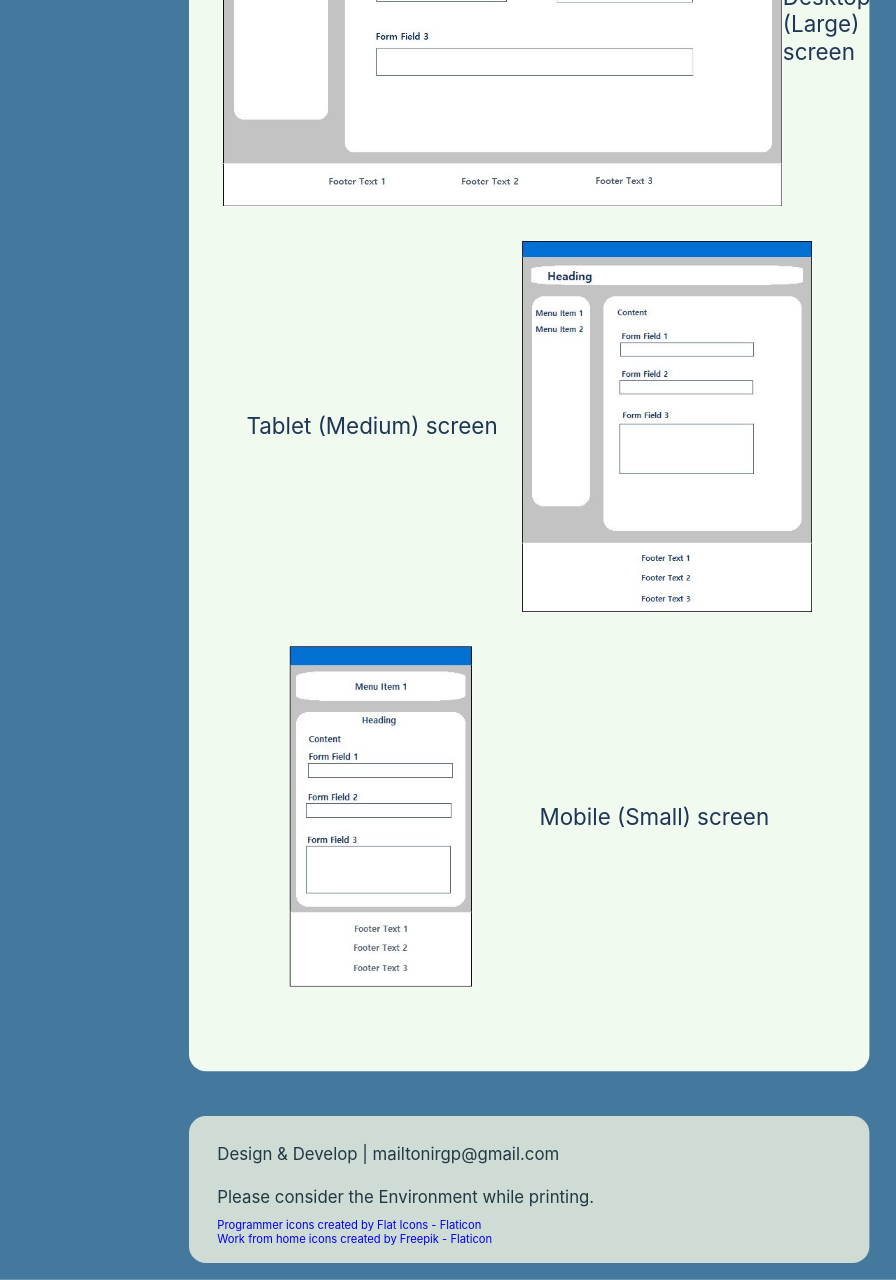
Repository: niranjangp/portfolioReact
Page: /cs-one
These files come from the project's save history. The page is drawn as it stood at one moment and after the next save; the edit follows.
The browser window is 1280 px wide. The pictures show the part of the page from y = 1326 to 3246 px (the page is 3154 px tall before and 3246 px after), at 70% of full size.
The project was rebuilt for these pictures with package versions that can differ from the ones it lists, and the page was loaded fresh each time. Also part of the build but not shown: src/pages/enterDesign.jsx, src/pages/notFound.jsx.

Above is the page before, as saved 2022-02-01 04:31:39.

After the next save:
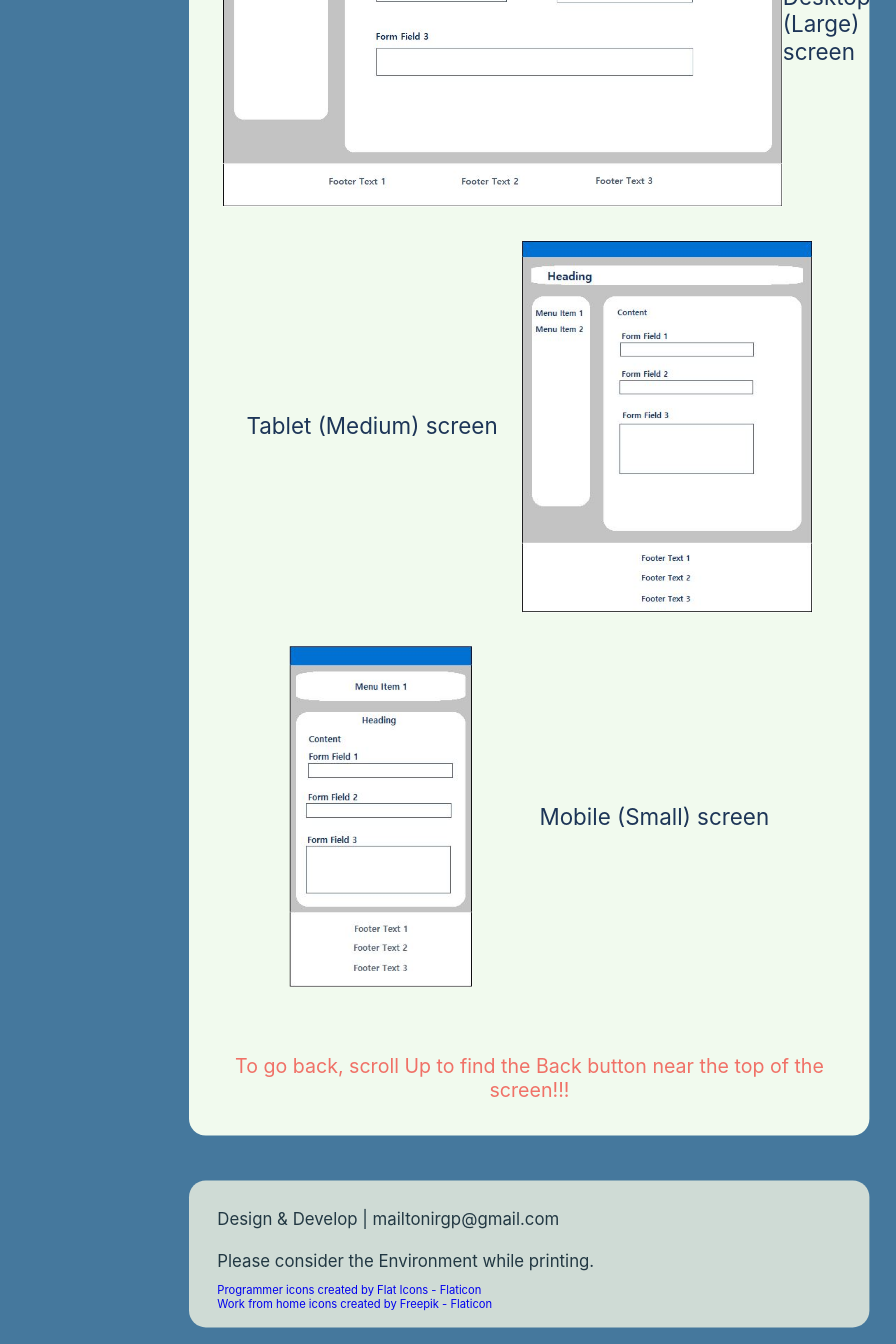
Saved 9 s later.
--- a/src/pages/csOne.jsx
+++ b/src/pages/csOne.jsx
@@ -31,6 +31,7 @@ const csOne = () => {
           <div className="flx-bx"><img src={MrMob} alt="mr-screen" className='mrMob' /><div>Mobile (Small) screen</div></div>
         </div>
       </div>
+      <div className="last-text">To go back, scroll Up to find the Back button near the top of the screen!!!</div>
     </div>
   )
 };
